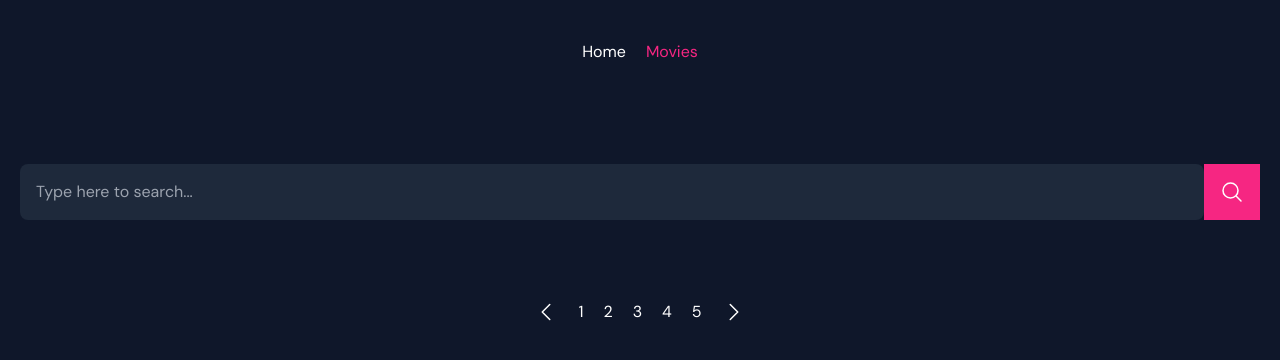
Repository: vophuocthanh/movies
Page: /movies
An editor plug-in stored every save of this project. The page is shown before and after the next save, followed by the edit.
The browser window is 1280 px wide. The pictures show the whole page.
The page's requests for data from a server got no answer. The project was rebuilt for these pictures with package versions that can differ from the ones it lists, and the page was loaded fresh each time. No one was signed in, and anything a server would have sent is missing. Also part of the build but not shown: src/components/banner/Banner.jsx, src/pages/HomePage.jsx, src/components/movie/MovieCard.jsx, src/pages/MovieDetailsPage.jsx. Imported but missing from the stored project, and not drawn on this page: src/components/movie/MovieList.

Above is the page before, as saved 2022-12-05 21:53:23.

### public/index.html
<!DOCTYPE html>
<html lang="en">
  <head>
    <meta charset="utf-8" />
    <link rel="icon" href="%PUBLIC_URL%/favicon.ico" />
    <meta name="viewport" content="width=device-width, initial-scale=1" />
    <meta name="theme-color" content="#000000" />
    <meta
      name="description"
      content="Web site created using create-react-app"
    />
    <link rel="apple-touch-icon" href="%PUBLIC_URL%/logo192.png" />
    <!--
      manifest.json provides metadata used when your web app is installed on a
      user's mobile device or desktop. See https://developers.google.com/web/fundamentals/web-app-manifest/
    -->
    <link rel="manifest" href="%PUBLIC_URL%/manifest.json" />
    <!--
      Notice the use of %PUBLIC_URL% in the tags above.
      It will be replaced with the URL of the `public` folder during the build.
      Only files inside the `public` folder can be referenced from the HTML.

      Unlike "/favicon.ico" or "favicon.ico", "%PUBLIC_URL%/favicon.ico" will
      work correctly both with client-side routing and a non-root public URL.
      Learn how to configure a non-root public URL by running `npm run build`.
    -->
    <title>React App</title>
    <link rel="preconnect" href="https://fonts.googleapis.com" />
    <link rel="preconnect" href="https://fonts.gstatic.com" crossorigin />
    <link
      href="https://fonts.googleapis.com/css2?family=DM+Sans:wght@400;500;700&display=swap"
      rel="stylesheet"
    />
  </head>
  <body>
    <noscript>You need to enable JavaScript to run this app.</noscript>
    <div id="root"></div>
    <!--
      This HTML file is a template.
      If you open it directly in the browser, you will see an empty page.

      You can add webfonts, meta tags, or analytics to this file.
      The build step will place the bundled scripts into the <body> tag.

      To begin the development, run `npm start` or `yarn start`.
      To create a production bundle, use `npm run build` or `yarn build`.
    -->
  </body>
</html>

### src/index.scss
@tailwind base;
@tailwind components;
@tailwind utilities;
@layer base {
  body {
    @apply bg-slate-900 font-body px-5 text-white;
  }
}

@layer components {
  .page-container {
    max-width: 1280px;
    @apply mx-auto;
  }
  // .page-container-fluid {
  //   max-width: 1440px;
  //   @apply mx-auto;
  // }
  .movie-list .swiper-slide {
    width: 300px;
    height: auto;
  }
  .banner .swiper {
    height: 100%;
  }
}

### src/App.js
import { Fragment } from "react";
import { Route, Routes } from "react-router-dom";
import "swiper/scss";
import Banner from "./components/banner/Banner";
import Main from "./components/layouts/Main";
import HomePage from "./pages/HomePage";
import MovieDetailsPage from "./pages/MovieDetailsPage";
import MoviePage from "./pages/MoviePage";
function App() {
  return (
    <Fragment>
      <Routes>
        <Route element={<Main></Main>}>
          <Route
            path="/"
            element={
              <>
                <Banner></Banner>
                <HomePage></HomePage>
              </>
            }
          ></Route>
          <Route path="/movies" element={<MoviePage></MoviePage>}></Route>
          <Route
            path="/movie/:movieId"
            element={<MovieDetailsPage></MovieDetailsPage>}
          ></Route>
        </Route>
      </Routes>
    </Fragment>
  );
}

export default App;

### src/components/layouts/Main.jsx
import React, { Fragment } from "react";
import Header from "./Header";
import { Outlet } from "react-router-dom";

const Main = () => {
  return (
    <Fragment>
      <Header></Header>
      <Outlet></Outlet>
    </Fragment>
  );
};

export default Main;

### src/pages/MoviePage.jsx
import React, { useEffect, useState } from "react";
import useSWR from "swr";
import MovieCard from "../components/movie/MovieCard";
import { fetcher } from "../config";
import useDebounce from "../hooks/useDebounce";

// https://api.themoviedb.org/3/search/movie?api_key=<<api_key>>

const MoviePage = () => {
  const [filter, setFilter] = useState("");
  const [url, setUrl] = useState(
    "https://api.themoviedb.org/3/movie/popular?api_key=55e25eecd2352fcad30e9d1c0a5aa854"
  );
  const filterDebounce = useDebounce(filter, 500);
  const handleFilterChange = (e) => {
    setFilter(e.target.value);
  };
  const { data, error } = useSWR(url, fetcher);
  const loading = !data && !error;
  useEffect(() => {
    if (filterDebounce) {
      setUrl(
        `https://api.themoviedb.org/3/search/movie?api_key=55e25eecd2352fcad30e9d1c0a5aa854&query=${filterDebounce}`
      );
    } else {
      setUrl(
        `https://api.themoviedb.org/3/movie/popular?api_key=55e25eecd2352fcad30e9d1c0a5aa854`
      );
    }
  }, [filterDebounce]);
  const movies = data?.results || [];
  console.log("MovieList ~ movies ", movies);
  return (
    <div className="py-10 page-container">
      <div className="flex mb-10">
        <div className="flex-1">
          <input
            onChange={handleFilterChange}
            type="text"
            className="w-full p-4 text-white rounded-lg outline-none bg-slate-800"
            placeholder="Type here to search..."
          />
        </div>
        <button className="p-4 text-white bg-primary">
          <svg
            xmlns="http://www.w3.org/2000/svg"
            fill="none"
            viewBox="0 0 24 24"
            strokeWidth="1.5"
            stroke="currentColor"
            className="w-6 h-6"
          >
            <path
              strokeLinecap="round"
              strokeLinejoin="round"
              d="M21 21l-5.197-5.197m0 0A7.5 7.5 0 105.196 5.196a7.5 7.5 0 0010.607 10.607z"
            />
          </svg>
        </button>
      </div>
      {loading && (
        <div className="w-10 h-10 mx-auto border-4 border-t-4 rounded-full border-primary border-t-transparent animate-spin"></div>
      )}
      <div className="grid grid-cols-4 gap-10">
        {!loading &&
          movies.length > 0 &&
          movies.map((item) => (
            <MovieCard key={item.id} item={item}></MovieCard>
          ))}
      </div>
      <div className="flex items-center justify-center mt-10 gap-x-5">
        <span>
          <svg
            xmlns="http://www.w3.org/2000/svg"
            fill="none"
            viewBox="0 0 24 24"
            strokeWidth="1.5"
            stroke="currentColor"
            class="w-6 h-6"
          >
            <path
              strokeLinecap="round"
              strokeLinejoin="round"
              d="M15.75 19.5L8.25 12l7.5-7.5"
            />
          </svg>
        </span>
        <span>1</span>
        <span>2</span>
        <span>3</span>
        <span>4</span>
        <span>5</span>
        <span>
          <svg
            xmlns="http://www.w3.org/2000/svg"
            fill="none"
            viewBox="0 0 24 24"
            strokeWidth="1.5"
            stroke="currentColor"
            class="w-6 h-6"
          >
            <path
              strokeLinecap="round"
              strokeLinejoin="round"
              d="M8.25 4.5l7.5 7.5-7.5 7.5"
            />
          </svg>
        </span>
      </div>
    </div>
  );
};

export default MoviePage;

### src/config.js
export const fetcher = (...args) => fetch(...args).then((res) => res.json());
export const apiKey = "55e25eecd2352fcad30e9d1c0a5aa854";

### src/components/layouts/Header.jsx
import React from "react";
import { NavLink } from "react-router-dom";

const Header = () => {
  return (
    <header className="flex items-center justify-center py-10 mb-5 text-white header gap-x-5">
      <NavLink
        to="/"
        className={({ isActive }) => (isActive ? "text-primary" : "")}
      >
        Home
      </NavLink>
      <NavLink
        to="/movies"
        className={({ isActive }) => (isActive ? "text-primary" : "")}
      >
        Movies
      </NavLink>
    </header>
  );
};

export default Header;

### src/hooks/useDebounce.js
import { useEffect, useState } from "react";

export default function useDebounce(initializeValue = "", delay = 1000) {
  const [debounceValue, setDebounceValue] = useState(initializeValue);
  useEffect(() => {
    const timer = setTimeout(() => {
      setDebounceValue(initializeValue);
    }, delay);
    return () => {
      clearTimeout(timer);
    };
  }, [delay, initializeValue]);
  return debounceValue;
}

### tailwind.config.js
// /** @type {import('tailwindcss').Config} */
/** @type {import('tailwindcss').Config} */
module.exports = {
  content: ["./src/**/*.{js,jsx,ts,tsx}"],
  theme: {
    extend: {
      fontFamily: {
        body: ["DM Sans", "san-serif"],
      },
      colors: {
        primary: "#F62682",
        secondary: "#6F5CF1",
      },
    },
  },
  plugins: [],
};

Loaded but not shown: src/index.js (common file); src/reportWebVitals.js (common file)

After the next save:
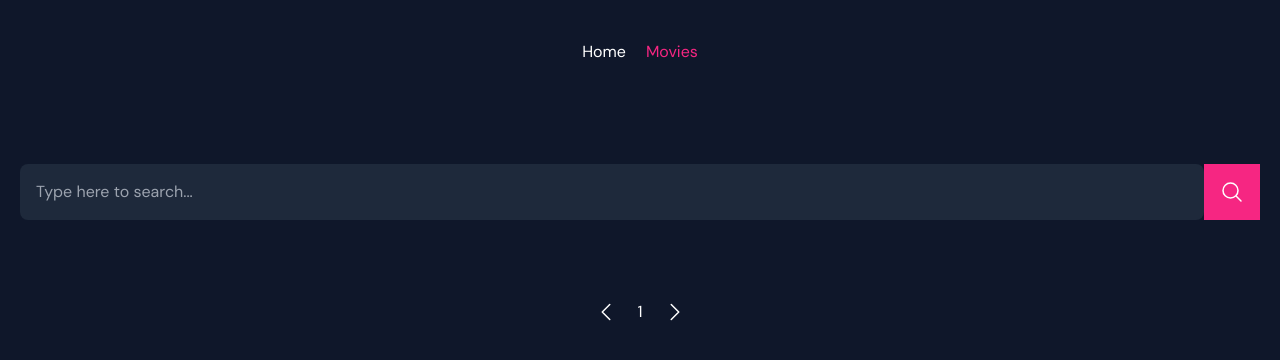
Saved 32 s later.
--- a/src/pages/MoviePage.jsx
+++ b/src/pages/MoviePage.jsx
@@ -85,11 +85,7 @@ const MoviePage = () => {
             />
           </svg>
         </span>
-        <span>1</span>
-        <span>2</span>
-        <span>3</span>
-        <span>4</span>
-        <span>5</span>
+        <span class="cursor-pointer">1</span>
         <span>
           <svg
             xmlns="http://www.w3.org/2000/svg"
